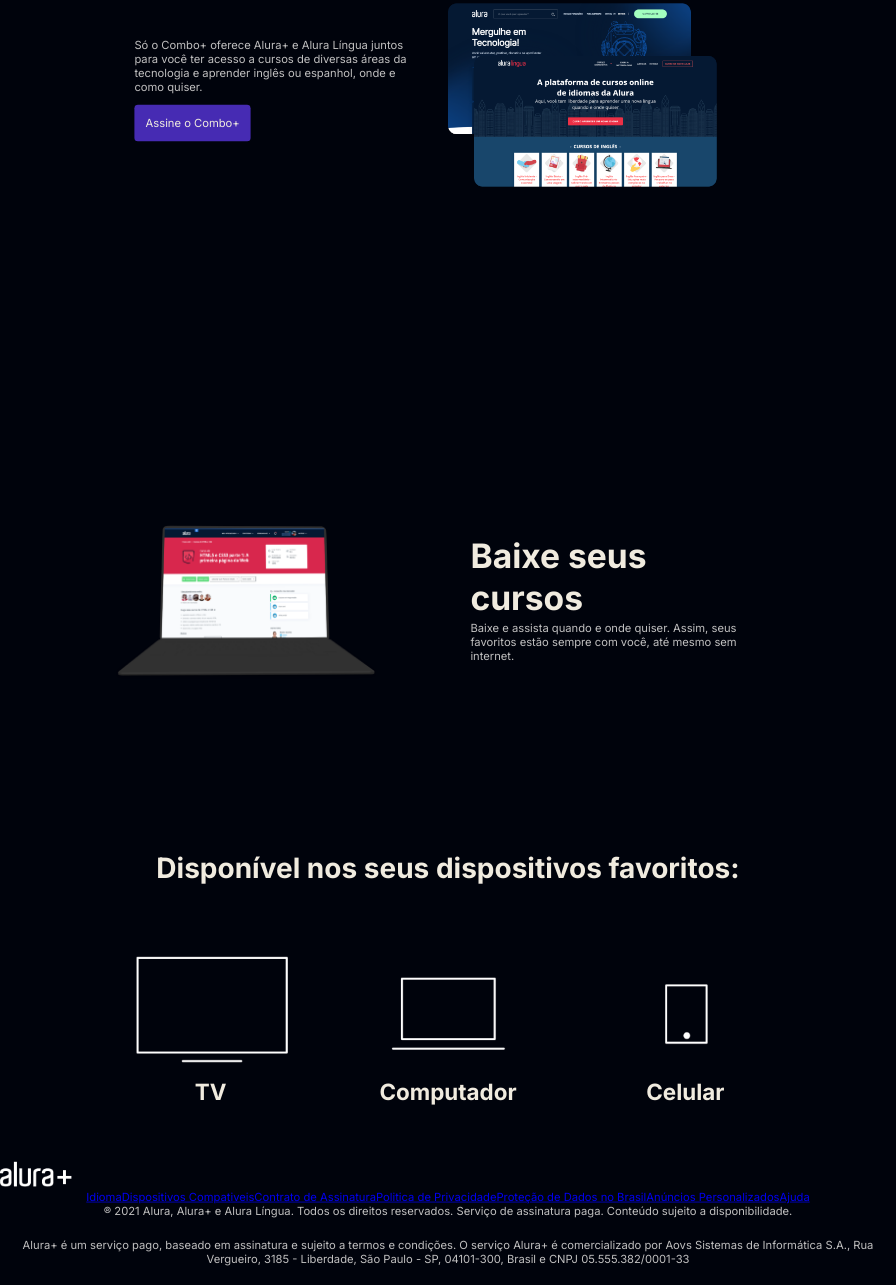
Repository: DamnDTX/praticando-font-end
Page: index.html
An editor plug-in stored every save of this project. The page is shown before and after the next save, followed by the edit.
The browser window is 1280 px wide. The pictures show the part of the page from y = 1664 to 3584 px (the page is 3500 px tall before and 3584 px after), at 70% of full size.

Above is the page before, as saved 2023-07-18 15:25:06.

After the next save:
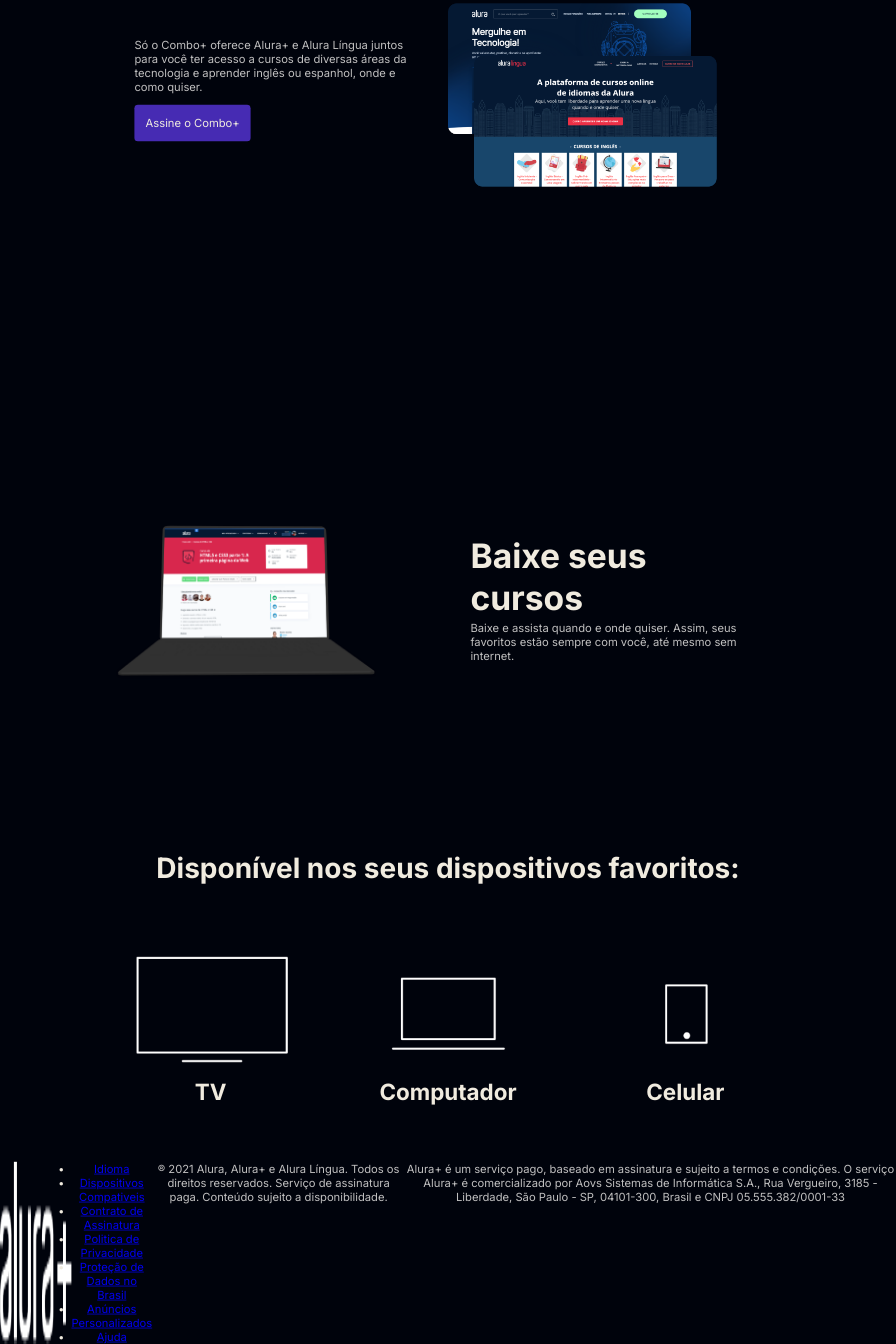
Saved 86 s later.
--- a/styles.css
+++ b/styles.css
@@ -118,7 +118,7 @@
     font-family: var(--fonte-principal);
 }
 
-.rodape__lista{
+.rodape{
     display: flex;
     justify-content: center;
     text-align: center;

After the save that followed:
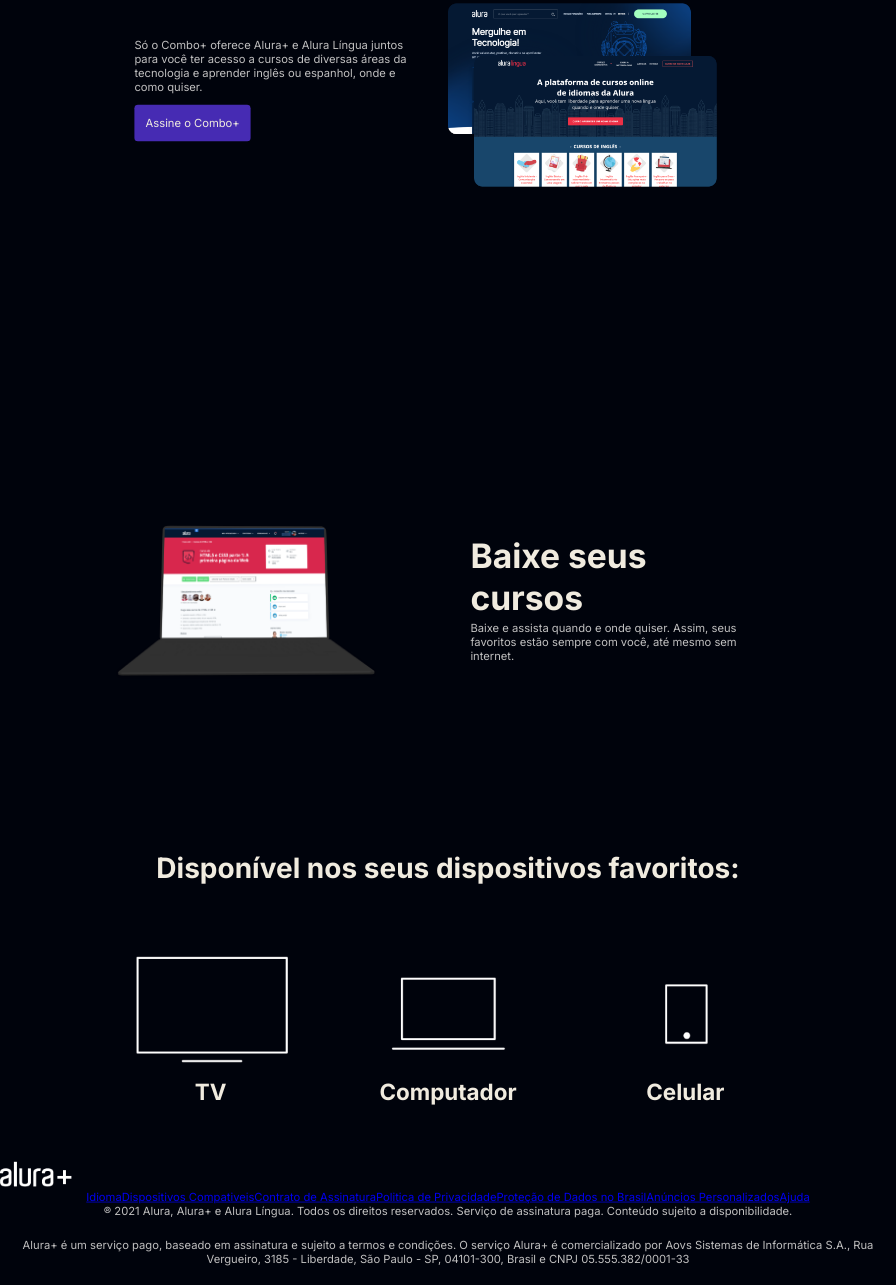
Saved 9 s later.
--- a/styles.css
+++ b/styles.css
@@ -118,7 +118,7 @@
     font-family: var(--fonte-principal);
 }
 
-.rodape{
+.rodape__lista{
     display: flex;
     justify-content: center;
     text-align: center;
